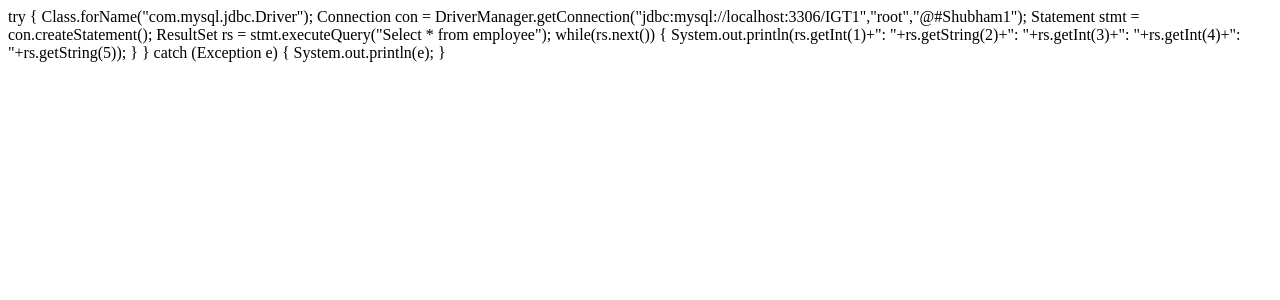
Repository: Surajkande2001/IGTSolution
Page: http://localhost/WebJSP3/Display.jsp
An editor plug-in stored every save of this project. The page is shown before and after the next save, followed by the edit.
The browser window is 1280 px wide. The pictures show the whole page.
The page is served by Tomcat 9.

Above is the page before, as saved 2023-06-30 11:01:25.

After the next save:
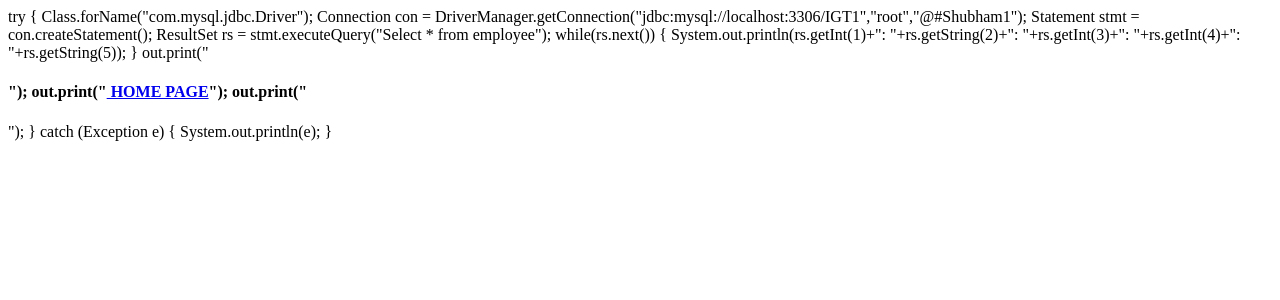
Saved 6 min 51 s later.
--- a/WebJSP3/src/main/webapp/Display.jsp
+++ b/WebJSP3/src/main/webapp/Display.jsp
@@ -21,6 +21,9 @@ try {
         while(rs.next()) {
             System.out.println(rs.getInt(1)+": "+rs.getString(2)+": "+rs.getInt(3)+": "+rs.getInt(4)+": "+rs.getString(5));
         }
+         out.print("<h4>");
+        out.print("<a href ='Entry.html'> HOME PAGE</a>");
+        out.print("</h4>");
     } catch (Exception e) {
         System.out.println(e);
     }
